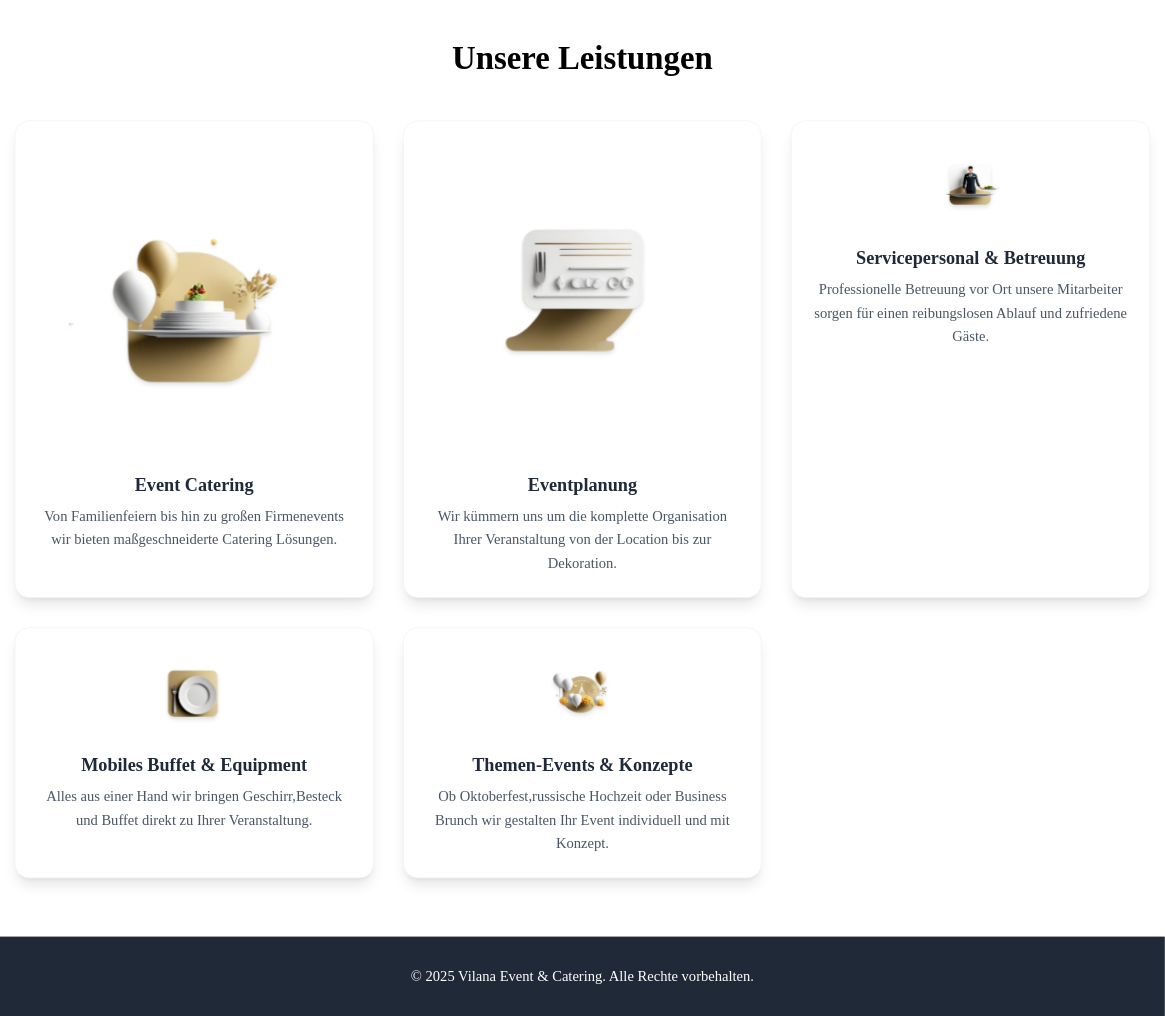
Repository: NikolajMalisch/vilana
Page: index.html
These files come from the project's save history. The page is drawn as it stood at one moment and after a run of saves; the edit follows.
The browser window is 1280 px wide. The pictures show the part of the page from y = 820 to 1937 px (the page is 1937 px tall), at 91% of full size.
A picture or video elsewhere on the page could not be fetched, so the positions and the page height are approximate. Some web fonts or font styles are not loaded; a fallback is used. Some web libraries are served in a nearby version.

Above is the page before, as saved 2025-08-01 08:39:49.

After the next 2 saves:
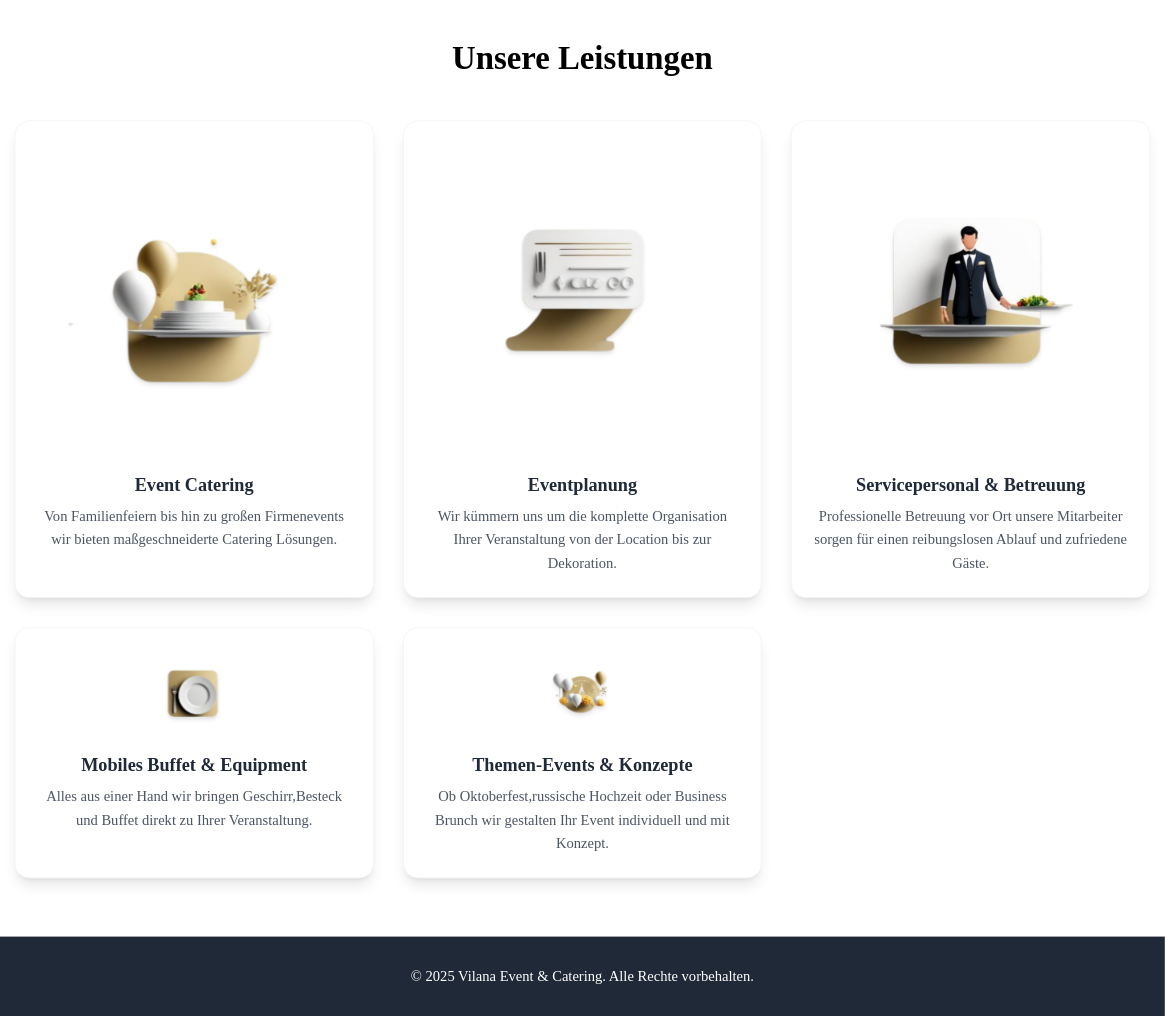
The 2 saves are shown as one change because they came seconds apart.
The last was saved 11 s later.
--- a/index.html
+++ b/index.html
@@ -148,7 +148,7 @@
 
     <!-- Servicepersonal -->
     <div class="bg-white rounded-2xl p-6 shadow-lg hover:shadow-2xl transition-shadow duration-300 border border-gray-100">
-        <img src="images/Без названия (500 x 500 пикс.) new/Service.png" alt="Servicepersonal" class="w-24 h-24 mb-4 mx-auto drop-shadow-md">
+        <img src="images/Без названия (500 x 500 пикс.) new/Service.png" alt="Servicepersonal" class="w-25 h-25 mb-4 mx-auto drop-shadow-md">
         <h3 class="text-xl font-semibold text-center text-gray-800 mb-2 lang lang-de">Servicepersonal & Betreuung</h3>
         <h3 class="text-xl font-semibold text-center text-gray-800 mb-2 lang lang-ru">Персонал и сопровождение</h3>
         <p class="text-gray-600 text-center leading-relaxed lang lang-de">Professionelle Betreuung vor Ort unsere Mitarbeiter sorgen für einen reibungslosen Ablauf und zufriedene Gäste.</p>
